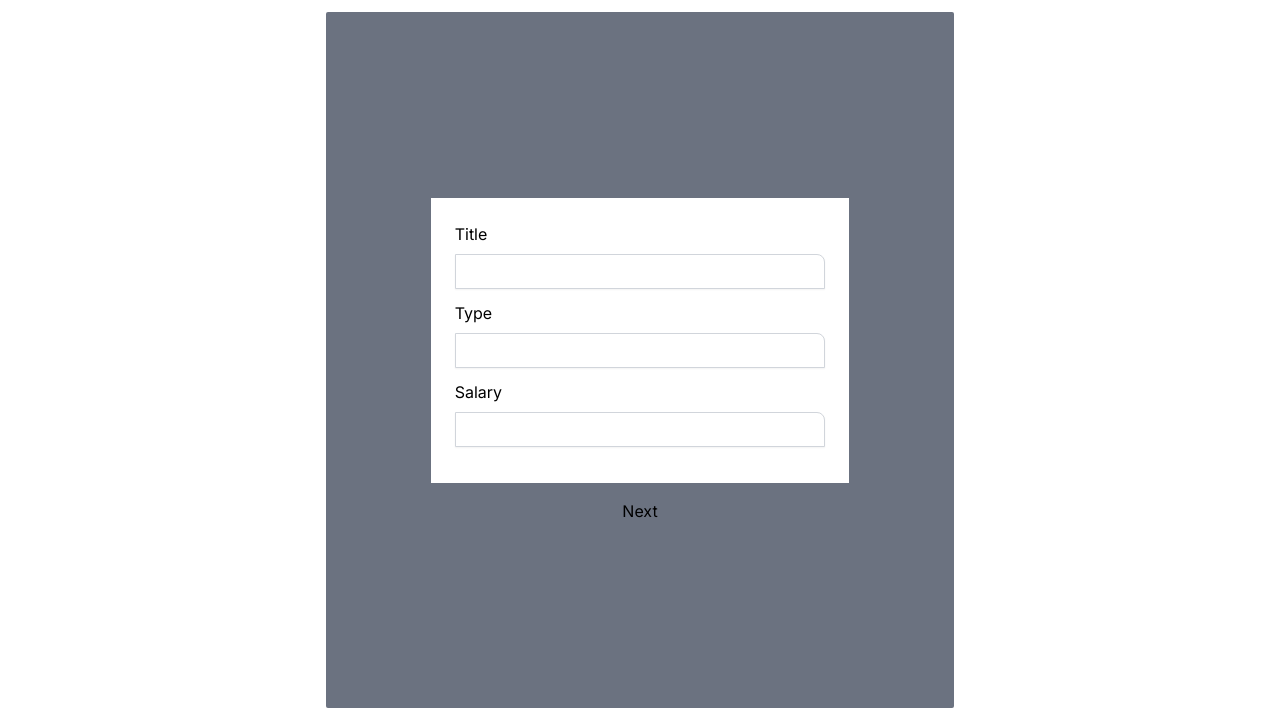
Repository: Abdibaye/Job-Sphere
Page: /form
The author's editor kept a copy of each file at every save. The page is drawn from the files as they stood at one save, then again after the next save.
The browser window is 1280 px wide. The pictures show the whole page.
The project was rebuilt for these pictures with package versions that can differ from the ones it lists, and the page was loaded fresh each time. Also part of the build but not shown: vite.config.js, src/components/search.jsx, src/components/navbar.jsx, src/pages/descriptionpage.jsx, src/components/job.jsx, src/components/feed.jsx, src/components/saved.jsx, src/components/filter.jsx and 4 more.

Above is the page before, as saved 2025-02-22 23:04:33.

After the next save:
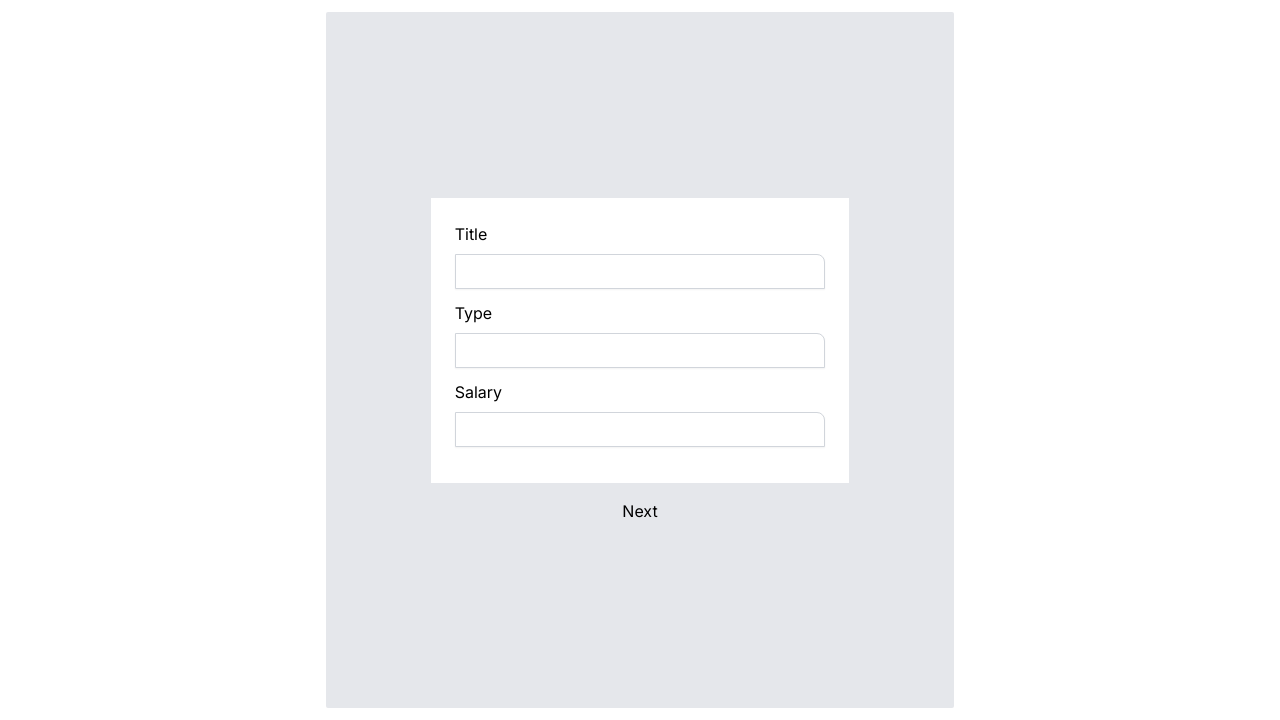
Saved 2 min 7 s later.
--- a/src/components/form.jsx
+++ b/src/components/form.jsx
@@ -3,7 +3,7 @@
 function Form(){
     return(
         <div className=" h-screen font-inter   flex justify-center p-3 ">
-            <div className="bg-gray-500 w-1/2 rounded-sm flex flex-col justify-center items-center">
+            <div className="bg-gray-200 w-1/2 rounded-sm flex flex-col justify-center items-center">
               <div className="bg-[#fff] w-2/3 h-fit flex flex-col justify-center p-6 ">
                 <p className="mb-2">Title</p>
                 <input className="mb-3 h-[35px] border border-gray-300 rounded-tr-lg shadow-sm focus:outline-none" type="text" />
